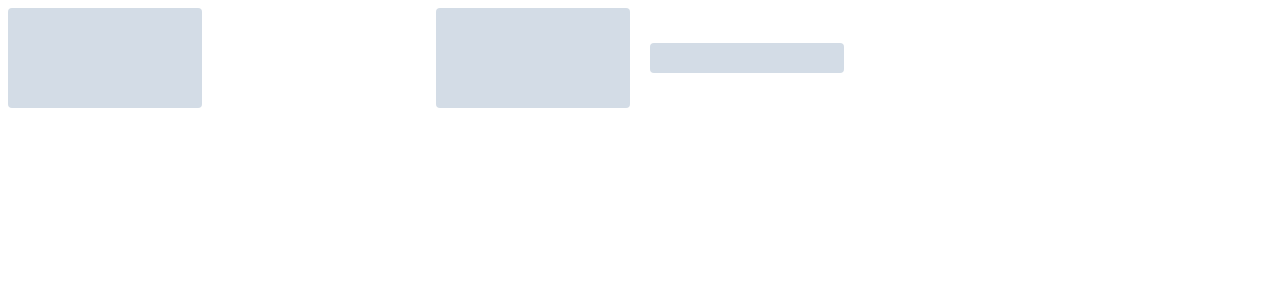
Repository: lagezhou888/element-vue2
Page: /#/button
These files come from the project's save history. The page is drawn as it stood at one moment and after the next save; the edit follows.
The browser window is 1280 px wide. The page is 1282 px wide, so the pictures cover 1282 px, including what lies to the right of the window. The pictures show the whole page.
The project was rebuilt for these pictures with package versions that can differ from the ones it lists, and the page was loaded fresh each time. Also part of the build but not shown: src/components/HelloWorld.vue, src/views/Home.vue.

Above is the page before, as saved 2021-05-13 11:15:27.

### src/main.js
import Vue from 'vue'
import ElementUI from 'element-ui'
import 'element-ui/lib/theme-chalk/index.css'
import App from './App.vue'

// fade/zoom 等
import 'element-ui/lib/theme-chalk/base.css'
// collapse 展开折叠
import CollapseTransition from 'element-ui/lib/transitions/collapse-transition'

import router from './router'
import store from './store'
import '@/plugins/element.js'

Vue.component(CollapseTransition.name, CollapseTransition)
Vue.use(ElementUI, { size: 'small', zIndex: 3000 })
Vue.use(ElementUI)
Vue.config.productionTip = false

new Vue({
  router,
  store,
  render: h => h(App)
}).$mount('#app')

### src/App.vue
<template>
  <div id="app">
    <!-- <div id="nav">
      <router-link to="/">Home</router-link> |
      <router-link to="/about">About</router-link>
    </div> -->
    <router-view/>
  </div>
</template>

<style lang="less">
#app {
  font-family: Avenir, Helvetica, Arial, sans-serif;
  -webkit-font-smoothing: antialiased;
  -moz-osx-font-smoothing: grayscale;
  text-align: center;
  color: #2c3e50;
}

#nav {
  padding: 30px;

  a {
    font-weight: bold;
    color: #2c3e50;

    &.router-link-exact-active {
      color: #42b983;
    }
  }
}
</style>

### src/router/index.js
import Vue from 'vue'
import VueRouter from 'vue-router'
import Home from '../views/Home.vue'

Vue.use(VueRouter)

const routes = [
  {
    path: '/',
    name: 'Home',
    component: Home
  },
  {
    path: '/about',
    name: 'About',
    // route level code-splitting
    // this generates a separate chunk (about.[hash].js) for this route
    // which is lazy-loaded when the route is visited.
    component: () => import(/* webpackChunkName: "about" */ '../views/About.vue')
  },
  {
    path: '/button',
    name: 'button',
    component: () => import('../views/components/use-button.vue')
  }
]

const router = new VueRouter({
  routes
})

export default router

### src/plugins/element.js
import Vue from 'vue'
import {
  Pagination,
  Dialog,
  Autocomplete,
  Dropdown,
  DropdownMenu,
  DropdownItem,
  Menu,
  Submenu,
  MenuItem,
  MenuItemGroup,
  Input,
  InputNumber,
  Radio,
  RadioGroup,
  RadioButton,
  Checkbox,
  CheckboxButton,
  CheckboxGroup,
  Switch,
  Select,
  Option,
  OptionGroup,
  Button,
  ButtonGroup,
  Table,
  TableColumn,
  DatePicker,
  TimeSelect,
  TimePicker,
  Popover,
  Tooltip,
  Breadcrumb,
  BreadcrumbItem,
  Form,
  FormItem,
  Tabs,
  TabPane,
  Tag,
  Tree,
  Alert,
  Slider,
  Icon,
  Row,
  Col,
  Upload,
  Progress,
  Spinner,
  Badge,
  Card,
  Rate,
  Steps,
  Step,
  Carousel,
  CarouselItem,
  Collapse,
  CollapseItem,
  Cascader,
  ColorPicker,
  Transfer,
  Container,
  Header,
  Aside,
  Main,
  Footer,
  Timeline,
  TimelineItem,
  Link,
  Divider,
  Image,
  Calendar,
  Backtop,
  PageHeader,
  CascaderPanel,
  Loading,
  MessageBox,
  Message,
  Notification
} from 'element-ui'

Vue.use(Pagination)
Vue.use(Dialog)
Vue.use(Autocomplete)
Vue.use(Dropdown)
Vue.use(DropdownMenu)
Vue.use(DropdownItem)
Vue.use(Menu)
Vue.use(Submenu)
Vue.use(MenuItem)
Vue.use(MenuItemGroup)
Vue.use(Input)
Vue.use(InputNumber)
Vue.use(Radio)
Vue.use(RadioGroup)
Vue.use(RadioButton)
Vue.use(Checkbox)
Vue.use(CheckboxButton)
Vue.use(CheckboxGroup)
Vue.use(Switch)
Vue.use(Select)
Vue.use(Option)
Vue.use(OptionGroup)
Vue.use(Button)
Vue.use(ButtonGroup)
Vue.use(Table)
Vue.use(TableColumn)
Vue.use(DatePicker)
Vue.use(TimeSelect)
Vue.use(TimePicker)
Vue.use(Popover)
Vue.use(Tooltip)
Vue.use(Breadcrumb)
Vue.use(BreadcrumbItem)
Vue.use(Form)
Vue.use(FormItem)
Vue.use(Tabs)
Vue.use(TabPane)
Vue.use(Tag)
Vue.use(Tree)
Vue.use(Alert)
Vue.use(Slider)
Vue.use(Icon)
Vue.use(Row)
Vue.use(Col)
Vue.use(Upload)
Vue.use(Progress)
Vue.use(Spinner)
Vue.use(Badge)
Vue.use(Card)
Vue.use(Rate)
Vue.use(Steps)
Vue.use(Step)
Vue.use(Carousel)
Vue.use(CarouselItem)
Vue.use(Collapse)
Vue.use(CollapseItem)
Vue.use(Cascader)
Vue.use(ColorPicker)
Vue.use(Transfer)
Vue.use(Container)
Vue.use(Header)
Vue.use(Aside)
Vue.use(Main)
Vue.use(Footer)
Vue.use(Timeline)
Vue.use(TimelineItem)
Vue.use(Link)
Vue.use(Divider)
Vue.use(Image)
Vue.use(Calendar)
Vue.use(Backtop)
Vue.use(PageHeader)
Vue.use(CascaderPanel)

Vue.use(Loading.directive)

Vue.prototype.$loading = Loading.service
Vue.prototype.$msgbox = MessageBox
Vue.prototype.$alert = MessageBox.alert
Vue.prototype.$confirm = MessageBox.confirm
Vue.prototype.$prompt = MessageBox.prompt
Vue.prototype.$notify = Notification
Vue.prototype.$message = Message

### src/views/components/use-button.vue
<template>
  <div>
    <el-row :gutter="20" tag="测试1" type="flex" align="middle" justify="start">
      <el-col :span="4"><div class="grid-content bg-purple"></div></el-col>
      <el-col :span="4"><div class="kong">&nbsp;</div></el-col>
      <el-col :span="4"><div class="grid-content bg-purple"></div></el-col>
      <el-col :span="4"><div class="grid-content-last bg-purple"></div></el-col>
    </el-row>
  </div>
</template>

<script>
export default ({

})
</script>

<style lang="less" scoped>
  @minH: 100px;
  .bg-purple {
    background: #d3dce6;
  }
  .grid-content {
    border-radius: 4px;
    min-height: @minH;
  }
  .grid-content-last {
    border-radius: 4px;
    min-height: 30px;
  }
  .kong {
    min-height: 1px;
  }
</style>

Loaded but not shown: public/index.html (common file); src/store/index.js (common file)

After the next save:
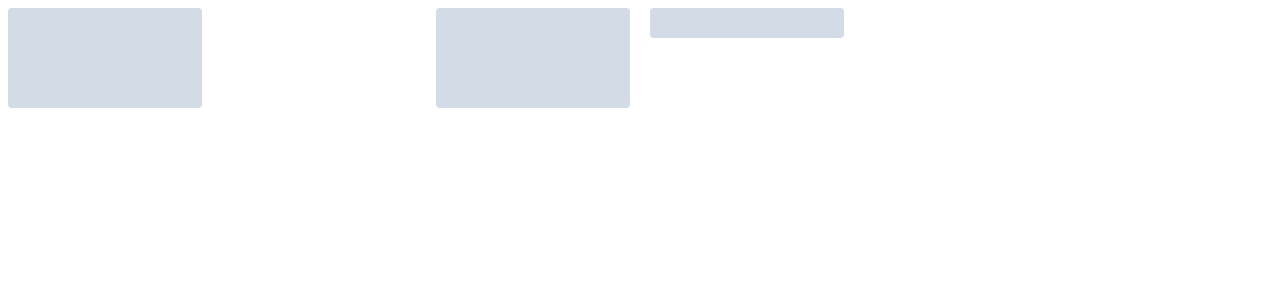
Saved 4 s later.
--- a/src/views/components/use-button.vue
+++ b/src/views/components/use-button.vue
@@ -1,6 +1,6 @@
 <template>
   <div>
-    <el-row :gutter="20" tag="测试1" type="flex" align="middle" justify="start">
+    <el-row :gutter="20" tag="测试1" type="flex" align="top" justify="start">
       <el-col :span="4"><div class="grid-content bg-purple"></div></el-col>
       <el-col :span="4"><div class="kong">&nbsp;</div></el-col>
       <el-col :span="4"><div class="grid-content bg-purple"></div></el-col>

After the save that followed:
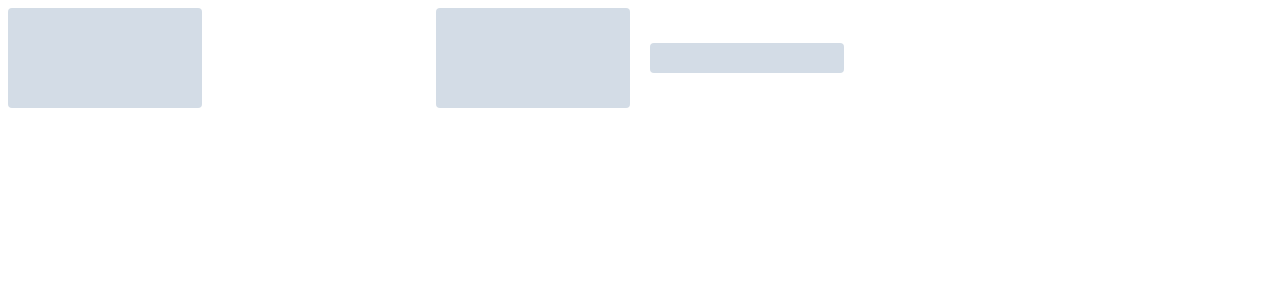
Saved 5 s later.
--- a/src/views/components/use-button.vue
+++ b/src/views/components/use-button.vue
@@ -1,6 +1,6 @@
 <template>
   <div>
-    <el-row :gutter="20" tag="测试1" type="flex" align="top" justify="start">
+    <el-row :gutter="20" tag="测试1" type="flex" align="middle" justify="start">
       <el-col :span="4"><div class="grid-content bg-purple"></div></el-col>
       <el-col :span="4"><div class="kong">&nbsp;</div></el-col>
       <el-col :span="4"><div class="grid-content bg-purple"></div></el-col>
